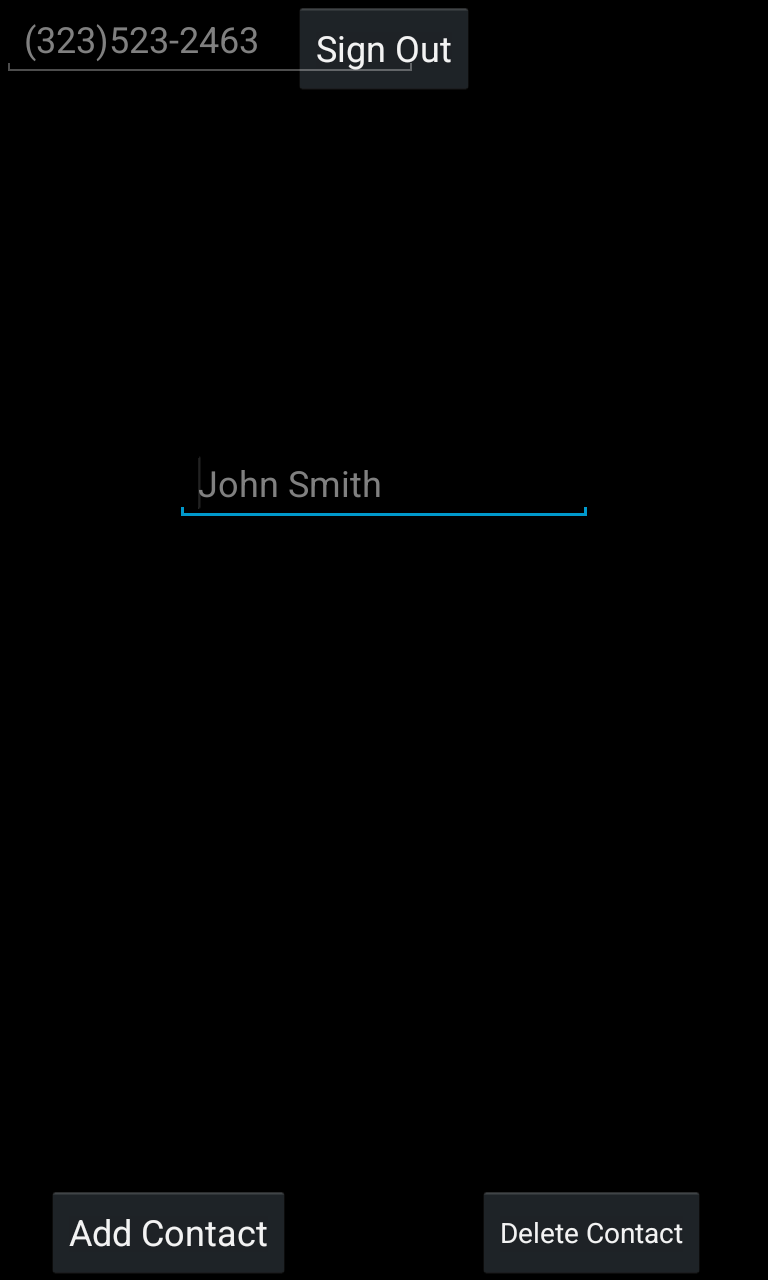
Repository: arianaantonio/CPMD
Layout: ContactsAppAndroid/res/layout/contacts_layout.xml
An editor plug-in stored every save of this project. The layout is shown before and after the next save, followed by the edit.
It is drawn on a 768 x 1280 px phone screen (xhdpi) without system bars, with theme android:Theme.Holo; the app's code is not run. Lists and similar views that code fills are empty.

Above is the layout before, as saved 2014-10-30 08:21:20.

### ContactsAppAndroid/res/layout/contacts_layout.xml
<?xml version="1.0" encoding="utf-8"?>
<RelativeLayout xmlns:android="http://schemas.android.com/apk/res/android"
    xmlns:tools="http://schemas.android.com/tools"
    android:layout_width="match_parent"
    android:layout_height="match_parent"
    android:orientation="vertical"
    tools:context="com.parse.starter.ContactsActivity" >

    <ListView
        android:id="@+id/listView1"
        android:layout_width="match_parent"
        android:layout_height="200dp"
        android:layout_alignParentTop="true"
        android:layout_centerHorizontal="true"
        android:layout_marginTop="22dp" >
    </ListView>

    <Button
        android:id="@+id/addButton"
        android:layout_width="wrap_content"
        android:layout_height="wrap_content"
        android:layout_alignParentBottom="true"
        android:layout_toLeftOf="@+id/signoutButton"
        android:text="@string/add" />

    <Button
        android:id="@+id/deleteButton"
        style="?android:attr/buttonStyleSmall"
        android:layout_width="wrap_content"
        android:layout_height="wrap_content"
        android:layout_alignParentBottom="true"
        android:layout_toRightOf="@+id/signoutButton"
        android:text="@string/delete" />

    <EditText
        android:id="@+id/contactName"
        android:layout_width="wrap_content"
        android:layout_height="wrap_content"
        android:layout_below="@+id/listView1"
        android:layout_centerHorizontal="true"
        android:hint="@string/name"
        android:ems="10" >

        <requestFocus />
    </EditText>

    <Button
        android:id="@+id/signoutButton"
        android:layout_width="wrap_content"
        android:layout_height="wrap_content"
        android:layout_above="@+id/button3"
        android:layout_centerHorizontal="true"
        android:layout_marginBottom="28dp"
        android:text="@string/signOut" />

    <EditText
        android:id="@+id/contactphonenumber"
        android:layout_width="wrap_content"
        android:layout_height="wrap_content"
        android:layout_above="@+id/button1"
        android:layout_alignLeft="@+id/editText1"
        android:layout_marginBottom="19dp"
        android:ems="10"
        android:hint="@string/phoneNumber"
        android:inputType="phone" />

</RelativeLayout>

### ContactsAppAndroid/res/values/strings.xml
<?xml version="1.0" encoding="utf-8"?>
<resources>
    <string name="hello">Hello World, ParseStarterProjectActivity!</string>
    <string name="app_name">ParseStarterProject</string>
    <string name="login">Log In</string>
    <string name="signup">Sign Up</string>
    <string name="skip">Skip</string>
    <string name="username">username</string>
    <string name="password">password</string>
    <string name="newUsername">Create Username</string>
    <string name="newPassword">Create Password</string>
    <string name="contacts">Contacts</string>
    <string name="name">John Smith</string>
    <string name="phoneNumber">(323)523-2463</string>
    <string name="add">Add Contact</string>
    <string name="delete">Delete Contact</string>
    <string name="signOut">Sign Out</string>

</resources>

After the next save:
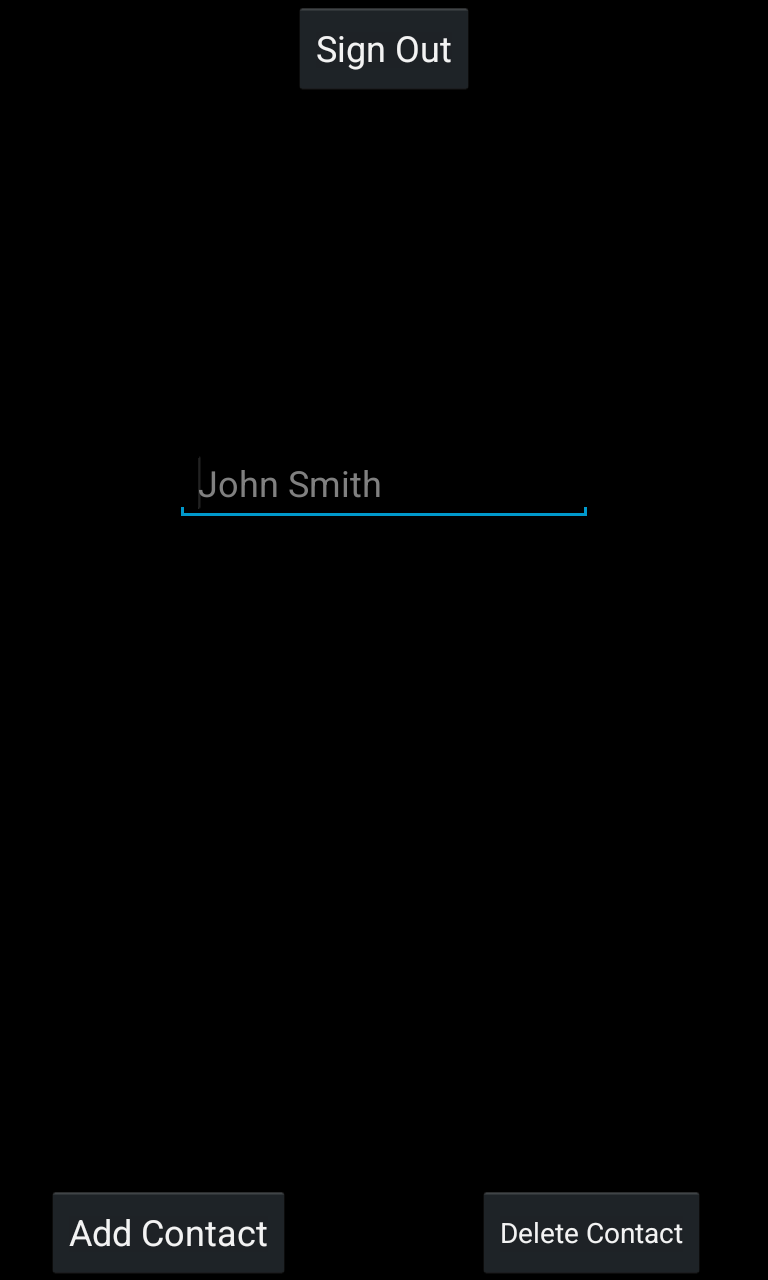
Saved 32 s later.
--- a/ContactsAppAndroid/res/layout/contacts_layout.xml
+++ b/ContactsAppAndroid/res/layout/contacts_layout.xml
@@ -57,8 +57,8 @@
         android:id="@+id/contactphonenumber"
         android:layout_width="wrap_content"
         android:layout_height="wrap_content"
-        android:layout_above="@+id/button1"
-        android:layout_alignLeft="@+id/editText1"
+        android:layout_above="@+id/signoutButton"
+        android:layout_alignLeft="@+id/contactName"
         android:layout_marginBottom="19dp"
         android:ems="10"
         android:hint="@string/phoneNumber"
